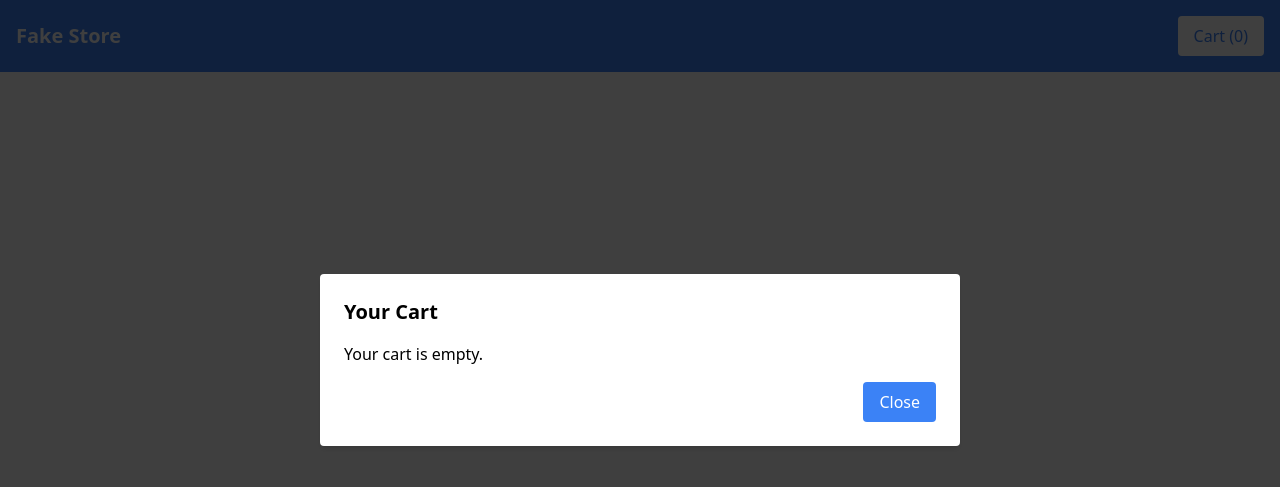
Repository: Meenakshi-commits/cart_app
Page: /, after clicking the first element matching `button.bg-white`
These files come from the project's save history. The page is drawn as it stood at one moment and after the next save; the edit follows.
The browser window is 1280 px wide. The pictures show the whole page.
The page's requests for data from a server got no answer. The project was rebuilt for these pictures with package versions that can differ from the ones it lists, and the page was loaded fresh each time. No one was signed in, and anything a server would have sent is missing. Also part of the build but not shown: vite.config.js, src/components/ProductCard.jsx.

Above is the page before, as saved 2025-01-08 14:44:25.

### index.html
<!doctype html>
<html lang="en">
  <head>
    <meta charset="UTF-8" />
    <link rel="icon" type="image/svg+xml" href="/vite.svg" />
    <meta name="viewport" content="width=device-width, initial-scale=1.0" />
    <title>Cart App</title>
  </head>
  <body>
    <div id="root"></div>
    <script type="module" src="/src/main.jsx"></script>
  </body>
</html>

### src/App.jsx
import React, { useState, useEffect } from "react";
import Navbar from "./components/Navbar";
import ProductList from "./components/ProductList";
import CartModal from "./components/CartModal";

const App = () => {
  const [products, setProducts] = useState([]);
  const [cart, setCart] = useState([]);
  const [isCartModalOpen, setIsCartModalOpen] = useState(false);

  // Fetch products from the Fake Store API
  useEffect(() => {
    fetch("https://fakestoreapi.com/products")
      .then((res) => res.json())
      .then((data) => setProducts(data));
  }, []);

  // Add item to cart
  const addToCart = (product) => {
    if (cart.find((item) => item.id === product.id)) {
      alert("Item already added to the cart");
    } else {
      setCart([...cart, product]);
    }
  };

  // Remove item from cart
  const removeFromCart = (id) => {
    setCart(cart.filter((item) => item.id !== id));
  };

  // Toggle Cart Modal visibility
  const toggleCartModal = () => {
    setIsCartModalOpen(!isCartModalOpen);
  };

  return (
    <div className="App">
      {/* Navbar */}
      <Navbar cartCount={cart.length} toggleCartModal={toggleCartModal} />

      {/* Product List */}
      <ProductList products={products} addToCart={addToCart} />

      {/* Cart Modal as a Dialog */}
      {isCartModalOpen && (
        <div className="fixed inset-0 bg-black bg-opacity-50 flex justify-center items-center z-50">
          <CartModal
            cart={cart}
            removeFromCart={removeFromCart}
            toggleCartModal={toggleCartModal}
          />
        </div>
      )}
    </div>
  );
};

export default App;

### src/components/Navbar.jsx
import React from "react";

const Navbar = ({cartCount,toggleCartModal}) => {
  return (
    <nav className="bg-blue-500 text-white p-4 flex justify-between items-center">
        <h1 className="text-xl font-bold">Fake Store</h1>
        <button onClick={toggleCartModal} className="bg-white text-blue-500 px-4 py-2 rounded"> Cart ({cartCount})
        </button>
          </nav>
  )
  };

  export default Navbar;

### src/components/ProductList.jsx
import React from "react";
import ProductCard from "./ProductCard";

const ProductList = ({ products, addToCart }) => {
  return (
    <div className="grid grid-cols-1 sm:grid-cols-2 md:grid-cols-3 lg:grid-cols-4 gap-6 p-6">
      {products.map((product) => (
        <ProductCard key={product.id} product={product} onAddToCart={addToCart} />
      ))}
    </div>
  );
};

export default ProductList;

### src/components/CartModal.jsx
import React from "react";

const CartModal = ({ cart, removeFromCart, toggleCartModal }) => {
  // Calculate the total cart value
  const totalValue = cart.reduce((total, item) => total + item.price, 0).toFixed(2);

  return (
    <div className="fixed inset-0 bg-black bg-opacity-50 flex justify-center items-center z-50">
      <div className="bg-white p-6 rounded shadow-md w-11/12 md:w-1/2">
        <h2 className="text-xl font-bold mb-4">Your Cart</h2>

        {cart.length === 0 ? (
          <p>Your cart is empty.</p>
        ) : (
          <ul>
            {cart.map((item) => (
              <li key={item.id} className="flex justify-between items-center mb-4">
                <div>
                  <h3 className="font-bold">{item.title}</h3>
                  <p>${item.price}</p>
                </div>
                <button
                  onClick={() => removeFromCart(item.id)}
                  className="bg-red-500 text-white px-4 py-2 rounded hover:bg-red-600"
                >
                  Remove
                </button>
              </li>
            ))}
          </ul>
        )}

        {/* Display total cart value */}
        {cart.length > 0 && (
          <div className="mt-4 flex justify-between items-center font-bold">
            <p>Total:</p>
            <p>${totalValue}</p>
          </div>
        )}

        {/* Close button */}
        <div className="mt-4 flex justify-end">
          <button
            onClick={toggleCartModal}
            className="bg-blue-500 text-white px-4 py-2 rounded hover:bg-blue-600"
          >
            Close
          </button>
        </div>
      </div>
    </div>
  );
};

export default CartModal;

Loaded but not shown: src/main.jsx (common file); src/index.css (common file); tailwind.config.js (common file)

After the next save:
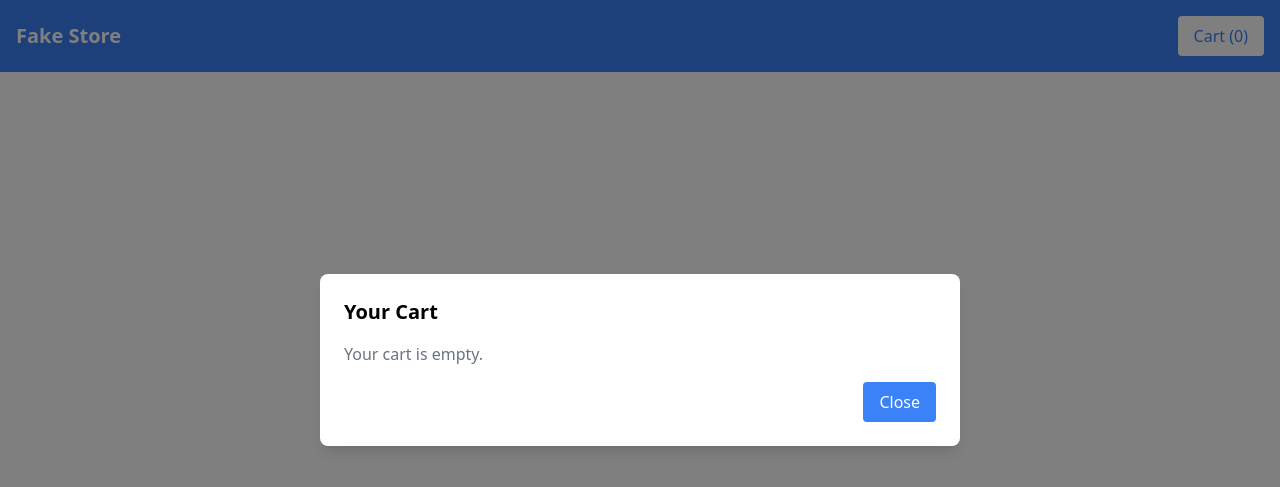
Saved 19 s later.
--- a/src/components/CartModal.jsx
+++ b/src/components/CartModal.jsx
@@ -1,17 +1,20 @@
 import React from "react";
 
 const CartModal = ({ cart, removeFromCart, toggleCartModal }) => {
-  // Calculate the total cart value
+  // Calculate total cart value
   const totalValue = cart.reduce((total, item) => total + item.price, 0).toFixed(2);
 
   return (
-    <div className="fixed inset-0 bg-black bg-opacity-50 flex justify-center items-center z-50">
-      <div className="bg-white p-6 rounded shadow-md w-11/12 md:w-1/2">
-        <h2 className="text-xl font-bold mb-4">Your Cart</h2>
+    <div
+      className="bg-white w-11/12 md:w-1/2 p-6 rounded-lg shadow-lg"
+      onClick={(e) => e.stopPropagation()} // Prevent clicks inside the modal from closing it
+    >
+      <h2 className="text-xl font-bold mb-4">Your Cart</h2>
 
-        {cart.length === 0 ? (
-          <p>Your cart is empty.</p>
-        ) : (
+      {cart.length === 0 ? (
+        <p className="text-gray-500">Your cart is empty.</p>
+      ) : (
+        <>
           <ul>
             {cart.map((item) => (
               <li key={item.id} className="flex justify-between items-center mb-4">
@@ -28,25 +31,20 @@ const CartModal = ({ cart, removeFromCart, toggleCartModal }) => {
               </li>
             ))}
           </ul>
-        )}
+          <div className="mt-4 flex justify-between items-center">
+            <p className="font-bold">Total:</p>
+            <p className="font-bold">${totalValue}</p>
+          </div>
+        </>
+      )}
 
-        {/* Display total cart value */}
-        {cart.length > 0 && (
-          <div className="mt-4 flex justify-between items-center font-bold">
-            <p>Total:</p>
-            <p>${totalValue}</p>
-          </div>
-        )}
-
-        {/* Close button */}
-        <div className="mt-4 flex justify-end">
-          <button
-            onClick={toggleCartModal}
-            className="bg-blue-500 text-white px-4 py-2 rounded hover:bg-blue-600"
-          >
-            Close
-          </button>
-        </div>
+      <div className="mt-4 flex justify-end">
+        <button
+          onClick={toggleCartModal}
+          className="bg-blue-500 text-white px-4 py-2 rounded hover:bg-blue-600"
+        >
+          Close
+        </button>
       </div>
     </div>
   );
